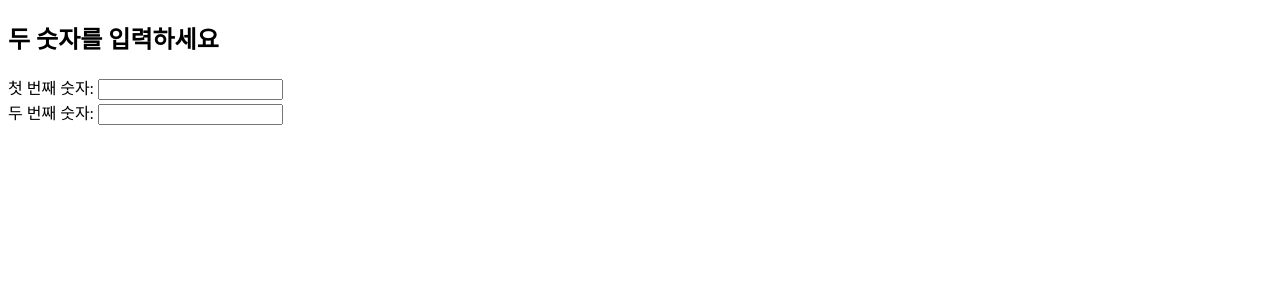
Repository: siwoo1214/acorn_spring
Page: http://localhost/day1Prac/form
These files come from the project's save history. The page is drawn as it stood at one moment and after the next save; the edit follows.
The browser window is 1280 px wide. The pictures show the whole page.
The page is served by Tomcat 9. Other server files are loaded and not shown.

Above is the page before, as saved 2025-05-07 06:10:18.

### day1Prac/src/main/webapp/WEB-INF/views/form.jsp
<%@ page language="java" contentType="text/html; charset=EUC-KR"
    pageEncoding="EUC-KR"%>
<!DOCTYPE html>
<html>
<head>
<meta charset="EUC-KR">
<title>Insert title here</title>
</head>
<body>
	<h2>두 숫자를 입력하세요</h2>
	<form action="Calc1" method="get">
		첫 번째 숫자: <input type="number" name="num1" required><br>
        두 번째 숫자: <input type="number" name="num2" required><br>
	</form>
</body>
</html>

After the next save:
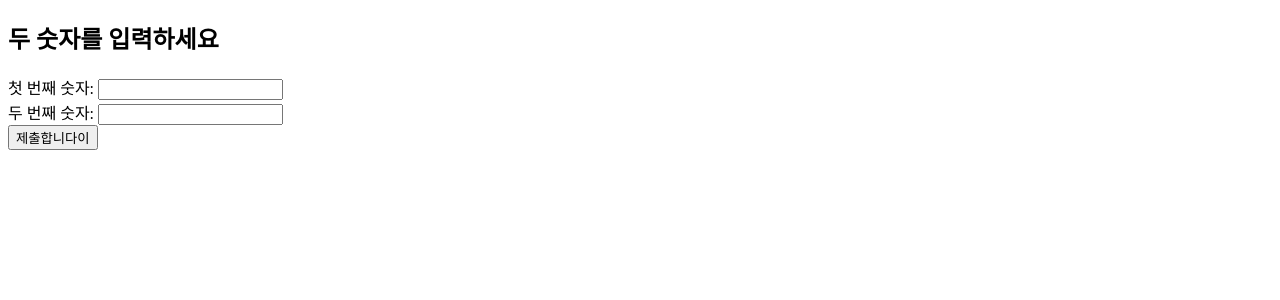
Saved 51 s later.
--- a/day1Prac/src/main/webapp/WEB-INF/views/form.jsp
+++ b/day1Prac/src/main/webapp/WEB-INF/views/form.jsp
@@ -11,6 +11,7 @@
 	<form action="Calc1" method="get">
 		첫 번째 숫자: <input type="number" name="num1" required><br>
         두 번째 숫자: <input type="number" name="num2" required><br>
+        <button>제출합니다이</button>
 	</form>
 </body>
 </html>
